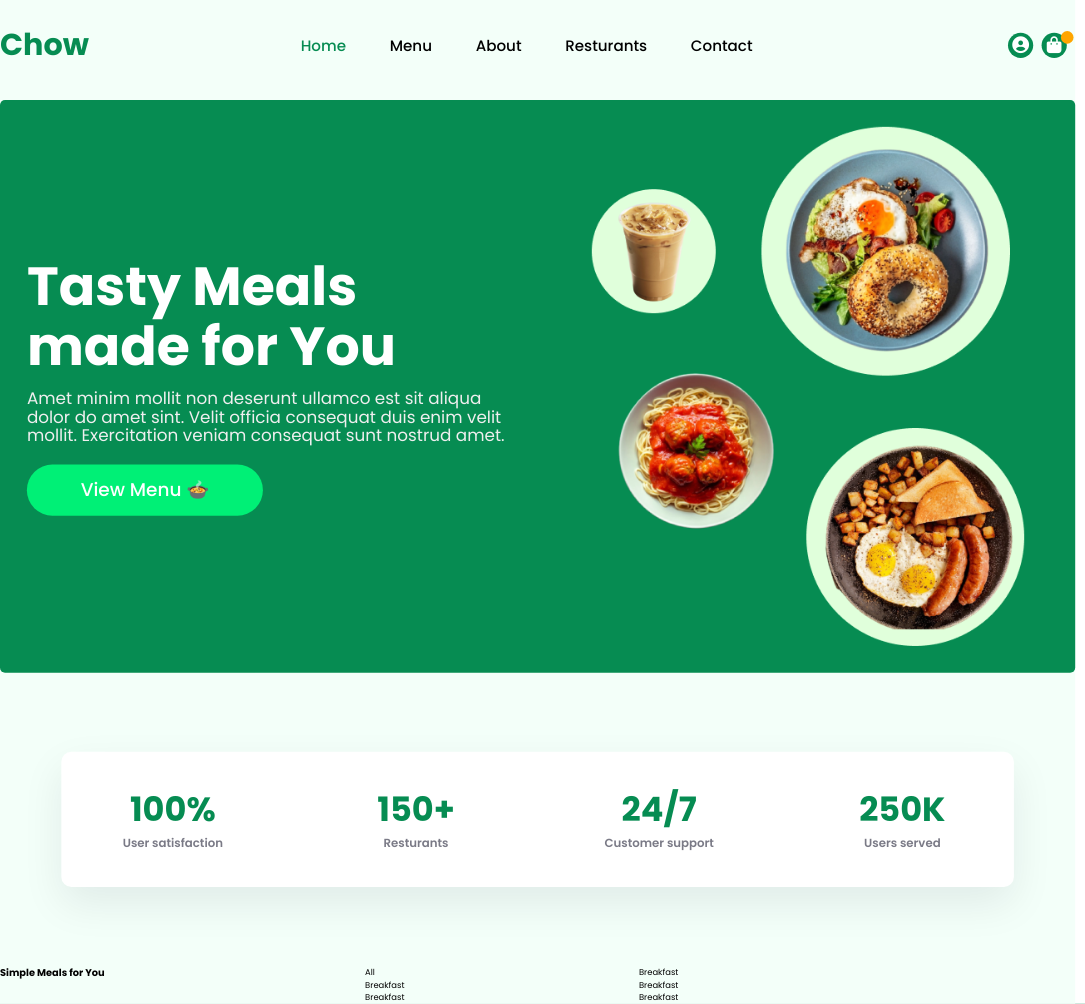
Repository: nguyennam1029/balbal
Page: index.html
These files come from the project's save history. The page is drawn as it stood at one moment and after the next save; the edit follows.
The browser window is 1280 px wide. The page is 1292 px wide, so the pictures cover 1292 px, including what lies to the right of the window. The pictures show the whole page, at 84% of full size.
Some web libraries are served in a nearby version.

Above is the page before, as saved 2022-07-01 17:59:48.

### index.html
<!DOCTYPE html>
<html lang="en">
  <head>
    <meta charset="UTF-8" />
    <meta http-equiv="X-UA-Compatible" content="IE=edge" />
    <meta name="viewport" content="width=device-width, initial-scale=1.0" />
    <title>Chow</title>
    <link
      rel="stylesheet"
      href="https://cdnjs.cloudflare.com/ajax/libs/font-awesome/6.1.1/css/all.min.css"
      integrity="sha512-KfkfwYDsLkIlwQp6LFnl8zNdLGxu9YAA1QvwINks4PhcElQSvqcyVLLD9aMhXd13uQjoXtEKNosOWaZqXgel0g=="
      crossorigin="anonymous"
      referrerpolicy="no-referrer"
    />
    <link rel="stylesheet" href="css/grid.css" />
    <link rel="stylesheet" href="css/style.css" />
  </head>
  <body>
    <div class="app">
      <div class="grid wide">
        <div class="menu">
          <a href="#" class="menu-left">Chow</a>
          <ul class="menu-center">
            <li class="menu-center-item">
              <a href="#" class="menu-center--link active">Home</a>
            </li>
            <li class="menu-center-item">
              <a href="#" class="menu-center--link">Menu</a>
            </li>
            <li class="menu-center-item">
              <a href="#" class="menu-center--link">About</a>
            </li>
            <li class="menu-center-item">
              <a href="#" class="menu-center--link">Resturants</a>
            </li>
            <li class="menu-center-item">
              <a href="#" class="menu-center--link">Contact</a>
            </li>
          </ul>
          <ul class="menu-right">
            <li class="menu-right-item">
              <a href="#" class="menu-right--link">
                <i class="fa-solid fa-circle-user"></i>
              </a>
            </li>
            <li class="menu-right-item">
              <a href="#" class="menu-right--link active">
                <i class="fa-solid fa-bag-shopping"></i>
                <span class="menu-right--circle"></span>
              </a>
            </li>
          </ul>
        </div>
        <div class="banner">
          <div class="row">
            <div class="col l-6 m-6 c-12">
              <div class="banner-info">
                <h1 class="banner-title">Tasty Meals made for You</h1>
                <span class="banner-des"
                  >Amet minim mollit non deserunt ullamco est sit aliqua dolor
                  do amet sint. Velit officia consequat duis enim velit mollit.
                  Exercitation veniam consequat sunt nostrud amet.</span
                >
                <a href="#" class="banner-btn"> View Menu 🍲 </a>
              </div>
            </div>
            <div class="col l-6 m-6 c-12">
              <div class="banner-img">
                <img src="images/banner1.png" alt="" />
              </div>
            </div>
          </div>
        </div>
        <div class="statistical">
          <div class="row">
            <div class="col l-3 m-6 c-12">
              <div class="statistical-item">
                <h3 class="statistical-item--title">100%</h3>
                <span class="statistical-item--des">User satisfaction</span>
              </div>
            </div>
            <div class="col l-3 m-6 c-12">
              <div class="statistical-item">
                <h3 class="statistical-item--title">150+</h3>
                <span class="statistical-item--des">Resturants</span>
              </div>
            </div>
            <div class="col l-3 m-6 c-12">
              <div class="statistical-item">
                <h3 class="statistical-item--title">24/7</h3>
                <span class="statistical-item--des">Customer support</span>
              </div>
            </div>
            <div class="col l-3 m-6 c-12">
              <div class="statistical-item">
                <h3 class="statistical-item--title">250K</h3>
                <span class="statistical-item--des">Users served</span>
              </div>
            </div>
          </div>
        </div>
      </div>
      <div class="product">
        <div class="grid wide">
          <div class="row">
            <div class="col l-4 m-4 c-12">
              <h3 class="product-heading">Simple Meals for You</h3>
            </div>
            <div class="col l-6 m-6 c-12">
              <ul class="tab-list row">
                <li class="tab-item active col l-2 m-4 l-6">All</li>
                <li class="tab-item col l-2 m-4 l-6">Breakfast</li>
                <li class="tab-item col l-2 m-4 l-6">Breakfast</li>
                <li class="tab-item col l-2 m-4 l-6">Breakfast</li>
                <li class="tab-item col l-2 m-4 l-6">Breakfast</li>
                <li class="tab-item col l-2 m-4 l-6">Breakfast</li>
              </ul>
            </div>
          </div>
          <div class="product-title"></div>
        </div>
      </div>
    </div>
  </body>
</html>

### css/grid.css
/* L là pc ,  M là tablet, C là mobile  */
.grid {
    width  : 100%;
    display: block;
    padding: 0;
}

.grid.wide {
    max-width: 1280px;
    margin   : 0 auto;
}

.row {
    display     : flex;
    flex-wrap   : wrap;
    margin-left : -4px;
    margin-right: -4px;
}

.row.no-gutters {
    margin-left : 0;
    margin-right: 0;
}

.col {
    padding-left : 4px;
    padding-right: 4px;
}

.row.no-gutters .col {
    padding-left : 0;
    padding-right: 0;
}

.c-0 {
    display: none;
}

.c-1 {
    flex     : 0 0 8.33333%;
    max-width: 8.33333%;
}

.c-2 {
    flex     : 0 0 16.66667%;
    max-width: 16.66667%;
}

.c-3 {
    flex     : 0 0 25%;
    max-width: 25%;
}

.c-4 {
    flex     : 0 0 33.33333%;
    max-width: 33.33333%;
}

.c-5 {
    flex     : 0 0 41.66667%;
    max-width: 41.66667%;
}

.c-6 {
    flex     : 0 0 50%;
    max-width: 50%;
}

.c-7 {
    flex     : 0 0 58.33333%;
    max-width: 58.33333%;
}

.c-8 {
    flex     : 0 0 66.66667%;
    max-width: 66.66667%;
}

.c-9 {
    flex     : 0 0 75%;
    max-width: 75%;
}

.c-10 {
    flex     : 0 0 83.33333%;
    max-width: 83.33333%;
}

.c-11 {
    flex     : 0 0 91.66667%;
    max-width: 91.66667%;
}

.c-12 {
    flex     : 0 0 100%;
    max-width: 100%;
}

.c-o-1 {
    margin-left: 8.33333%;
}

.c-o-2 {
    margin-left: 16.66667%;
}

.c-o-3 {
    margin-left: 25%;
}

.c-o-4 {
    margin-left: 33.33333%;
}

.c-o-5 {
    margin-left: 41.66667%;
}

.c-o-6 {
    margin-left: 50%;
}

.c-o-7 {
    margin-left: 58.33333%;
}

.c-o-8 {
    margin-left: 66.66667%;
}

.c-o-9 {
    margin-left: 75%;
}

.c-o-10 {
    margin-left: 83.33333%;
}

.c-o-11 {
    margin-left: 91.66667%;
}

/* >= Tablet */
@media (min-width: 740px) {
    .row {
        margin-left : -8px;
        margin-right: -8px;
    }

    .col {
        padding-left : 8px;
        padding-right: 8px;
    }

    .m-0 {
        display: none;
    }

    .m-1,
    .m-2,
    .m-3,
    .m-4,
    .m-5,
    .m-6,
    .m-7,
    .m-8,
    .m-9,
    .m-10,
    .m-11,
    .m-12 {
        display: block;
    }

    .m-1 {
        flex     : 0 0 8.33333%;
        max-width: 8.33333%;
    }

    .m-2 {
        flex     : 0 0 16.66667%;
        max-width: 16.66667%;
    }

    .m-3 {
        flex     : 0 0 25%;
        max-width: 25%;
    }

    .m-4 {
        flex     : 0 0 33.33333%;
        max-width: 33.33333%;
    }

    .m-5 {
        flex     : 0 0 41.66667%;
        max-width: 41.66667%;
    }

    .m-6 {
        flex     : 0 0 50%;
        max-width: 50%;
    }

    .m-7 {
        flex     : 0 0 58.33333%;
        max-width: 58.33333%;
    }

    .m-8 {
        flex     : 0 0 66.66667%;
        max-width: 66.66667%;
    }

    .m-9 {
        flex     : 0 0 75%;
        max-width: 75%;
    }

    .m-10 {
        flex     : 0 0 83.33333%;
        max-width: 83.33333%;
    }

    .m-11 {
        flex     : 0 0 91.66667%;
        max-width: 91.66667%;
    }

    .m-12 {
        flex     : 0 0 100%;
        max-width: 100%;
    }

    .m-o-1 {
        margin-left: 8.33333%;
    }

    .m-o-2 {
        margin-left: 16.66667%;
    }

    .m-o-3 {
        margin-left: 25%;
    }

    .m-o-4 {
        margin-left: 33.33333%;
    }

    .m-o-5 {
        margin-left: 41.66667%;
    }

    .m-o-6 {
        margin-left: 50%;
    }

    .m-o-7 {
        margin-left: 58.33333%;
    }

    .m-o-8 {
        margin-left: 66.66667%;
    }

    .m-o-9 {
        margin-left: 75%;
    }

    .m-o-10 {
        margin-left: 83.33333%;
    }

    .m-o-11 {
        margin-left: 91.66667%;
    }
}

/* PC medium resolution > */
@media (min-width: 1113px) {
    .row {
        margin-left : -12px;
        margin-right: -12px;
    }

    .row.sm-gutter {
        margin-left : -5px;
        margin-right: -5px;
    }

    .col {
        padding-left : 12px;
        padding-right: 12px;
    }

    .row.sm-gutter .col {
        padding-left : 5px;
        padding-right: 5px;
    }

    .l-0 {
        display: none;
    }

    .l-1,
    .l-2,
    .l-2-4,
    .l-3,
    .l-4,
    .l-5,
    .l-6,
    .l-7,
    .l-8,
    .l-9,
    .l-10,
    .l-11,
    .l-12 {
        display: block;
    }

    .l-1 {
        flex     : 0 0 8.33333%;
        max-width: 8.33333%;
    }

    .l-2 {
        flex     : 0 0 16.66667%;
        max-width: 16.66667%;
    }

    .l-2-4 {
        flex     : 0 0 20%;
        max-width: 20%;
    }

    .l-3 {
        flex     : 0 0 25%;
        max-width: 25%;
    }

    .l-4 {
        flex     : 0 0 33.33333%;
        max-width: 33.33333%;
    }

    .l-5 {
        flex     : 0 0 41.66667%;
        max-width: 41.66667%;
    }

    .l-6 {
        flex     : 0 0 50%;
        max-width: 50%;
    }

    .l-7 {
        flex     : 0 0 58.33333%;
        max-width: 58.33333%;
    }

    .l-8 {
        flex     : 0 0 66.66667%;
        max-width: 66.66667%;
    }

    .l-9 {
        flex     : 0 0 75%;
        max-width: 75%;
    }

    .l-10 {
        flex     : 0 0 83.33333%;
        max-width: 83.33333%;
    }

    .l-11 {
        flex     : 0 0 91.66667%;
        max-width: 91.66667%;
    }

    .l-12 {
        flex     : 0 0 100%;
        max-width: 100%;
    }

    .l-o-1 {
        margin-left: 8.33333%;
    }

    .l-o-2 {
        margin-left: 16.66667%;
    }

    .l-o-3 {
        margin-left: 25%;
    }

    .l-o-4 {
        margin-left: 33.33333%;
    }

    .l-o-5 {
        margin-left: 41.66667%;
    }

    .l-o-6 {
        margin-left: 50%;
    }

    .l-o-7 {
        margin-left: 58.33333%;
    }

    .l-o-8 {
        margin-left: 66.66667%;
    }

    .l-o-9 {
        margin-left: 75%;
    }

    .l-o-10 {
        margin-left: 83.33333%;
    }

    .l-o-11 {
        margin-left: 91.66667%;
    }
}

/* Tablet - PC low resolution */
@media (min-width: 740px) and (max-width: 1023px) {
    .wide {
        width: 644px;
    }
}

/* > PC low resolution */
@media (min-width: 1024px) and (max-width: 1239px) {
    .wide {
        width: 984px;
    }

    .wide .row {
        margin-left : -12px;
        margin-right: -12px;
    }

    .wide .row.sm-gutter {
        margin-left : -5px;
        margin-right: -5px;
    }

    .wide .col {
        padding-left : 12px;
        padding-right: 12px;
    }

    .wide .row.sm-gutter .col {
        padding-left : 5px;
        padding-right: 5px;
    }

    .wide .l-0 {
        display: none;
    }

    .wide .l-1,
    .wide .l-2,
    .wide .l-2-4,
    .wide .l-3,
    .wide .l-4,
    .wide .l-5,
    .wide .l-6,
    .wide .l-7,
    .wide .l-8,
    .wide .l-9,
    .wide .l-10,
    .wide .l-11,
    .wide .l-12 {
        display: block;
    }

    .wide .l-1 {
        flex     : 0 0 8.33333%;
        max-width: 8.33333%;
    }

    .wide .l-2 {
        flex     : 0 0 16.66667%;
        max-width: 16.66667%;
    }

    .wide .l-2-4 {
        flex     : 0 0 20%;
        max-width: 20%;
    }

    .wide .l-3 {
        flex     : 0 0 25%;
        max-width: 25%;
    }

    .wide .l-4 {
        flex     : 0 0 33.33333%;
        max-width: 33.33333%;
    }

    .wide .l-5 {
        flex     : 0 0 41.66667%;
        max-width: 41.66667%;
    }

    .wide .l-6 {
        flex     : 0 0 50%;
        max-width: 50%;
    }

    .wide .l-7 {
        flex     : 0 0 58.33333%;
        max-width: 58.33333%;
    }

    .wide .l-8 {
        flex     : 0 0 66.66667%;
        max-width: 66.66667%;
    }

    .wide .l-9 {
        flex     : 0 0 75%;
        max-width: 75%;
    }

    .wide .l-10 {
        flex     : 0 0 83.33333%;
        max-width: 83.33333%;
    }

    .wide .l-11 {
        flex     : 0 0 91.66667%;
        max-width: 91.66667%;
    }

    .wide .l-12 {
        flex     : 0 0 100%;
        max-width: 100%;
    }

    .wide .l-o-1 {
        margin-left: 8.33333%;
    }

    .wide .l-o-2 {
        margin-left: 16.66667%;
    }

    .wide .l-o-3 {
        margin-left: 25%;
    }

    .wide .l-o-4 {
        margin-left: 33.33333%;
    }

    .wide .l-o-5 {
        margin-left: 41.66667%;
    }

    .wide .l-o-6 {
        margin-left: 50%;
    }

    .wide .l-o-7 {
        margin-left: 58.33333%;
    }

    .wide .l-o-8 {
        margin-left: 66.66667%;
    }

    .wide .l-o-9 {
        margin-left: 75%;
    }

    .wide .l-o-10 {
        margin-left: 83.33333%;
    }

    .wide .l-o-11 {
        margin-left: 91.66667%;
    }
}

### css/style.css
@import url('https://fonts.googleapis.com/css2?family=Poppins:wght@400;500;600;700&display=swap');

*,
*::before,
*::after {
    box-sizing: border-box;
}

* {
    margin : 0;
    padding: 0;
}

html {
    font-family: 'Poppins',
        sans-serif;
    font-size: 62.5%;
}

html,
body {
    height: 100%;
}

body {
    line-height: 1.5;
}

img,
picture,
video,
canvas,
svg {
    display  : block;
    max-width: 100%;
}

input,
button,
textarea,
select {
    font   : inherit;
    outline: none;
}

p,
h1,
h2,
h3,
h4,
h5,
h6 {
    overflow-wrap: break-word;
}

a {
    text-decoration: none;
}

ul {
    list-style: none;
}

.app {
    background-color: #f3fff9;
    padding-top     : 34px;
}

.menu {
    display        : flex;
    justify-content: space-between;
    align-items    : center;
    margin         : 0 0 45px;
}

.menu-left {
    font-weight: 700;
    font-size  : 3.6rem;
    line-height: 40px;

    color: #068C52;
}

.menu-center,
.menu-right {
    display        : flex;
    justify-content: center;
    align-items    : center;
}

.menu-center--link {
    margin-right: 52px;
    font-weight : 500;
    font-size   : 1.8rem;
    line-height : 27px;
    color       : #000000;
}

.menu-center--link.active {
    color: #068C52;
}

.menu-right--link {
    margin-right         : 10px;
    display              : flex;
    justify-content      : center;
    align-items          : center;
    width                : 30px;
    height               : 30px;
    border-radius        : 50%;
    -webkit-border-radius: 50%;
    -moz-border-radius   : 50%;
    -ms-border-radius    : 50%;
    -o-border-radius     : 50%;
    background-color     : #068C52;
}

.menu-right--link i {
    color    : #fff;
    font-size: 2rem;
}

.menu-right--link.active {
    position: relative;
}

.menu-right--circle {
    position             : absolute;
    top                  : -2px;
    right                : -8px;
    width                : 15px;
    height               : 15px;
    background           : #FFA500;
    border-radius        : 50%;
    -webkit-border-radius: 50%;
    -moz-border-radius   : 50%;
    -ms-border-radius    : 50%;
    -o-border-radius     : 50%;
}

.banner {
    background-color     : #068C52;
    border-radius        : 6px;
    -webkit-border-radius: 6px;
    -moz-border-radius   : 6px;
    -ms-border-radius    : 6px;
    -o-border-radius     : 6px;
    padding              : 32px;
}

.banner-info {
    display           : flex;
    justify-content   : center;
    /* align-items    : center; */
    flex-direction    : column;
    height            : 100%;
}

.banner-title {
    font-weight: 700;
    font-size  : 6.4rem;
    line-height: 72px;

    color: #FFFFFF;
}

.banner-des {
    font-weight: 400;
    font-size  : 2rem;
    line-height: 22px;
    display    : block;
    color      : #EFEFEF;
    margin     : 14px 0 24px;
}

.banner-btn {
    font-weight          : 500;
    font-size            : 2.2rem;
    line-height          : 33px;
    padding              : 14px 64px;
    /*Primary/White*/
    color                : #FFFFFF;
    background           : #00F076;
    border-radius        : 32px;
    -webkit-border-radius: 32px;
    -moz-border-radius   : 32px;
    -ms-border-radius    : 32px;
    -o-border-radius     : 32px;
    width                : fit-content;
}

.statistical {
    max-width    : 1134px;
    margin       : 94px auto;
    /* border    : 1px solid; */
    background   : #FFFFFF;
    /* Drop Shadow/High */
    padding      : 40px 0;
    box-shadow   : 0px 20px 50px rgba(18, 17, 39, 0.08);
    border-radius: 12px;
    text-align   : center;
}

.statistical-item--title {
    font-weight: 700;
    font-size  : 4rem;
    line-height: 140%;
    /* identical to box height, or 56px */

    text-align: center;

    color: #068C52;
}

.statistical-item--des {
    font-weight: 600;
    font-size  : 1.4rem;
    line-height: 180%;
    color      : rgba(18, 17, 39, 0.56);
}

.content {
    background-color: #c9ffbf;
}

After the next save:
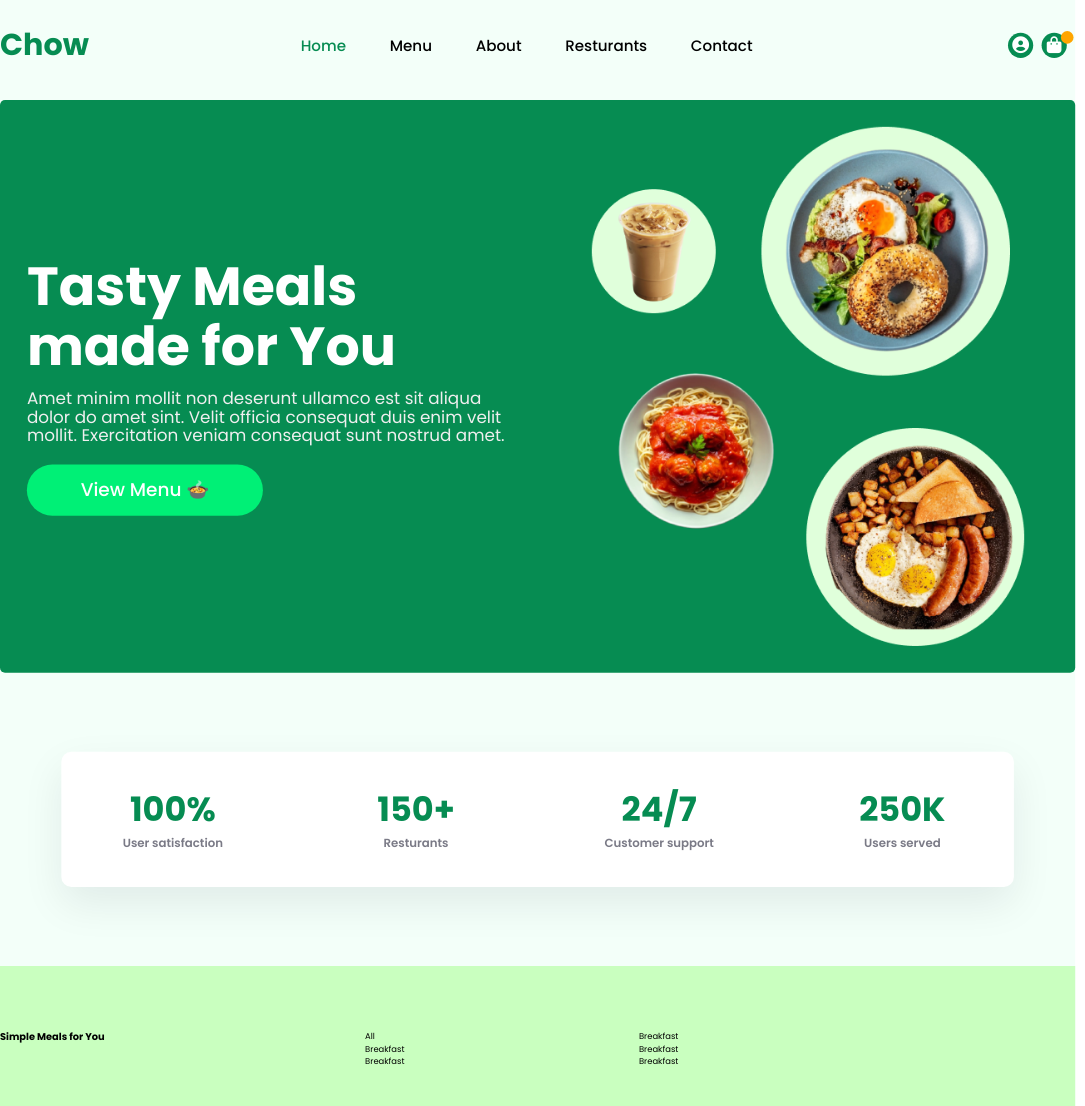
Saved 22 s later.
--- a/css/style.css
+++ b/css/style.css
@@ -219,6 +219,7 @@ ul {
     color      : rgba(18, 17, 39, 0.56);
 }
 
-.content {
+.product {
     background-color: #c9ffbf;
-}
+    padding         : 76px 0 46px;
+}
